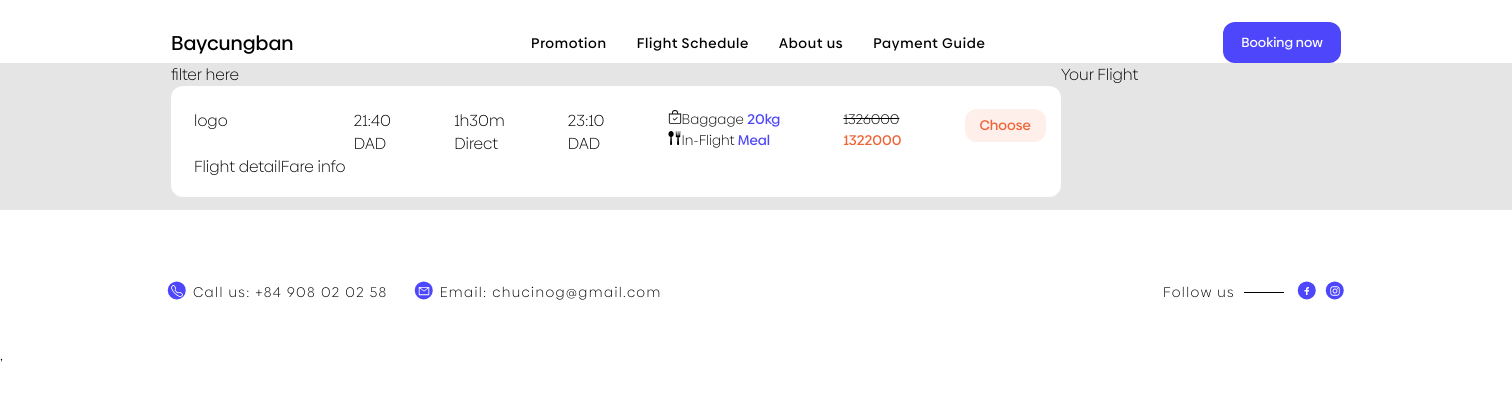
Repository: pinocoding/my-flying
Page: /list (app in my-flying/)
These files come from the project's save history. The page is drawn as it stood at one moment and after the next save; the edit follows.
The browser window is 1280 px wide. The page is 1512 px wide, so the pictures cover 1512 px, including what lies to the right of the window. The pictures show the whole page.
The project was rebuilt for these pictures with package versions that can differ from the ones it lists, and the page was loaded fresh each time. Also part of the build but not shown: my-flying/src/components/InDecreaBtn/InDecreaBtn.js, my-flying/src/components/TravelBooking/TravelBooking.css, my-flying/src/components/TravelBooking/TravelBooking.js, my-flying/src/components/home/Home.css, my-flying/src/components/home/Home.js. Imported but missing from the stored project, and not drawn on this page: my-flying/src/reportWebVitals.

Above is the page before, as saved 2022-09-09 17:21:38.

### my-flying/src/index.js
import React from "react";
import ReactDOM from "react-dom/client";
import "./index.css";
import App from "./App";
import reportWebVitals from "./reportWebVitals";
import "./font/SVN-Biennale/Biennale-Bold.otf";
const root = ReactDOM.createRoot(document.getElementById("root"));
root.render(
  <React.StrictMode>
    <App />
  </React.StrictMode>
);

// If you want to start measuring performance in your app, pass a function
// to log results (for example: reportWebVitals(console.log))
// or send to an analytics endpoint. Learn more: https://bit.ly/CRA-vitals
reportWebVitals();

### my-flying/src/index.css
@font-face {
  font-family: "SVN-Biennale";
  src: local("SVN-Biennale"),
    url("./font/SVN-Biennale/Biennale-Light.otf") format("opentype");

  font-weight: 400;
}

@font-face {
  font-family: "SVN-Biennale";
  src: local("SVN-Biennale"),
    url("./font/SVN-Biennale/Biennale-Medium.otf") format("opentype");

  font-weight: 600;
}

### my-flying/src/App.js
import React from "react";

import { render } from "react-dom";
import { BrowserRouter, Routes, Route } from "react-router-dom";
import Home from "../src/components/Home/Home";
import List from "./components/List/List";
import "./App.css";
function App() {
  return (
    <div className="App">
      <BrowserRouter>
        <Routes>
          <Route path="/" element={<Home />} />
          <Route path="/list" element={<List />} />
        </Routes>
      </BrowserRouter>
      ,
    </div>
  );
}

export default App;

### my-flying/src/components/List/List.js
import React from "react";
import Header from "../Header/Header";
import Footer from "../Footer/Footer";
import "./List.css";
import FlightInfor from "../FlightsInfor/FlightInfor";
function List() {
  return (
    <div className="list">
      <Header />

      <div className="list-container">
        <div className="list-infor">
          {" "}
          <div className="list-filter">filter here</div>
          <div className="list-row">
            <FlightInfor />
          </div>
        </div>

        <div className="list-userFlight">Your Flight</div>
      </div>
      <Footer />
    </div>
  );
}

export default List;

### my-flying/src/App.css
* {
  box-sizing: border-box;
  margin: 0;
  padding: 0;
  scroll-behavior: smooth;
  font-family: "SVN-Biennale", Courier, monospace;
}
.App {
  width: 1512px;
  margin: 0 auto;
}

### my-flying/src/components/Header/Header.js
import React from "react";
import "./Header.css";

function Header() {
  return (
    <div className="header">
      <div className="header-logo">
        <div className="header-logo-name">Baycungban</div>
        {/* <div>img</div>
        <div>img</div> */}
      </div>

      <ul className="header-nav">
        <li>
          <a href="/#">Promotion</a>
        </li>
        <li>
          <a href="/flight-schedule">Flight Schedule</a>
        </li>
        <li>
          <a href="/#">About us</a>
        </li>
        <li>
          <a href="/#">Payment Guide</a>
        </li>
      </ul>

      <button className="header-booking">Booking now</button>
    </div>
  );
}

export default Header;

### my-flying/src/components/Footer/Footer.js
import React from "react";
import { BsTelephone } from "react-icons/bs";
import { AiOutlineMail, AiOutlineInstagram } from "react-icons/ai";
import { TiSocialFacebook } from "react-icons/ti";
import "./Footer.css";
function Footer() {
  return (
    <div className="footer">
      <ul>
        <li>
          <a href="/#" className="footer-link">
            <BsTelephone className="footer-icon" />
          </a>
          <span>Call us: +84 908 02 02 58</span>
        </li>

        <li>
          <a href="/#" className="footer-link">
            <AiOutlineMail className="footer-icon" />
          </a>
          <span>Email: chucinog@gmail.com</span>
        </li>
      </ul>

      <div>
        <span className="footer-follow">Follow us</span>
        <a href="/#" className="footer-link footer-facebook">
          <TiSocialFacebook className="footer-icon" />
        </a>
        <a href="/#" className="footer-link">
          <AiOutlineInstagram className="footer-icon" />
        </a>
      </div>
    </div>
  );
}

export default Footer;

### my-flying/src/components/List/List.css
.list-container {
  display: flex;

  background-color: #e5e5e5;
  padding: 0 171px 0 171px;
}

.list-row {
  width: 890px;
  height: 124px;
  border-radius: 12px;
}

### my-flying/src/components/FlightsInfor/FlightInfor.js
import React from "react";
import { BsBagCheck } from "react-icons/bs";
import { ImSpoonKnife } from "react-icons/im";
import "./FlightInfor.css";

function FlightInfor({ img, name }) {
  const blueText = {
    color: `rgba(77, 70, 250, 1)`,
    fontFamily: `SVN-Biennale`,
    fontStyle: `normal`,
    fontWeight: `600`,
    fontSize: `14px`,
    lineHeight: `21px`,
  };
  return (
    <div className="flight-container">
      <ul className="flight-list">
        <li>logo</li>
        <li className="flight-name">{name}</li>
        <li className="flight-time">
          <p>21:40</p>
          <p>DAD</p>
        </li>

        <li className="flight-direc">
          <p>1h30m</p>
          <p></p>
          <p>Direct</p>
        </li>
        <li className="flight-time">
          <p>23:10</p>
          <p>DAD</p>
        </li>

        <li className="flight-meal">
          <p>
            <BsBagCheck />
            Baggage <span style={blueText}>20kg</span>
          </p>
          <p>
            <ImSpoonKnife />
            In-Flight <span style={blueText}>Meal</span>
          </p>
        </li>

        <li className="flight-price">
          <p className="flight-old">1326000</p>
          <p className="flight-new">1322000</p>
        </li>
        <li className="flight-choose">
          <button>Choose</button>
        </li>
      </ul>

      <ul>
        <li>Flight detail</li>
        <li>Fare info</li>
      </ul>
    </div>
  );
}

export default FlightInfor;

### my-flying/src/components/Header/Header.css
.header {
  display: flex;
  justify-content: space-between;
  text-align: center;
  padding: 22px 171px 0 171px;
}
.header-logo {
  display: flex;
}
.header-logo-name {
  font-weight: 600;
  font-size: 20px;
  align-items: center;
  display: flex;
}
.header-nav {
  display: flex;
  list-style: none;
  justify-content: space-between;
  gap: 0 30px;
  align-items: center;
}
.header-nav li a {
  color: rgba(0, 0, 0, 1);
  text-decoration: none;
  font-family: "SVN-Biennale";
  font-style: normal;
  font-weight: 600;
  font-size: 14px;
  line-height: 21px;

  text-align: center;
  letter-spacing: 0.05em;
}
.header-booking {
  background-color: rgba(77, 70, 250, 1);
  color: white;
  height: 41px;
  width: 118px;
  left: 1223px;
  top: 38px;
  border-radius: 12px;
  padding: 10px 16px 10px 16px;
  border: none;
  cursor: pointer;
  font-weight: 600;
}

### my-flying/src/components/Footer/Footer.css
.footer {
  display: flex;
  justify-content: space-between;
  text-align: center;
  width: 100%;
  padding: 70px 171px 40px 171px;
}
.footer ul {
  list-style: none;
  display: flex;
  gap: 0 30px;
}
.footer-link {
  position: relative;
}
.footer-icon {
  color: white;
  font-size: 12px;
}

.footer-link:after {
  content: "";
  position: absolute;
  top: 0;
  left: 0;
  width: 18px;
  height: 18px;
  border-radius: 50%;
  transform: translate(-18%, 8%);
  background-color: #4d46fa;

  z-index: -1;
}
.footer ul li span {
  padding-left: 10px;
  font-family: "SVN-Biennale";
  font-style: normal;
  font-weight: 400;
  font-size: 14px;
  line-height: 21px;
  /* identical to box height */

  letter-spacing: 0.1em;

  color: #000000;
}
.footer-follow {
  width: 72px;
  height: 21px;
  font-family: "SVN-Biennale";
  font-style: normal;
  font-weight: 400;
  font-size: 14px;
  line-height: 21px;
  /* identical to box height */

  letter-spacing: 0.1em;

  color: #000000;

  position: relative;
  margin-right: 50px;
}

.footer-follow:after {
  content: "";
  position: absolute;
  top: 50%;
  right: 0;
  width: 40px;
  height: 1px;
  left: 81px;
  background-color: black;

  z-index: -1;
}
.footer-facebook {
  margin: 0 16px 0 16px;
}

### my-flying/src/components/FlightsInfor/FlightInfor.css
.flight-container {
  width: 100%;
  background: #ffffff;
  border-radius: 12px;
  padding: 23px 15px 19px 23px;
}

.flight-container .flight-list {
  list-style: none;
  display: flex;
  justify-content: space-between;
}

.flight-meal p {
  font-family: "SVN-Biennale";
  font-style: normal;
  font-weight: 400;
  font-size: 14px;
  line-height: 21px;
}

.flight-container ul {
  list-style: none;
  display: flex;
}
.flight-old {
  font-family: "SVN-Biennale";
  font-style: normal;
  font-weight: 400;
  font-size: 14px;
  line-height: 21px;
  color: rgba(0, 0, 0, 1);
  /* identical to box height */

  text-decoration-line: line-through;
}

.flight-new {
  font-family: "SVN-Biennale";
  font-style: normal;
  font-weight: 600;
  font-size: 14px;
  line-height: 21px;

  color: #f06336;
}
.flight-choose button {
  padding: 6px 15px;
  border: none;
  color: #f06336;
  font-family: "SVN-Biennale";
  font-style: normal;
  font-weight: 600;
  font-size: 14px;
  line-height: 21px;
  background: rgba(240, 99, 54, 0.1);
  border-radius: 12px;
}

After the next save:
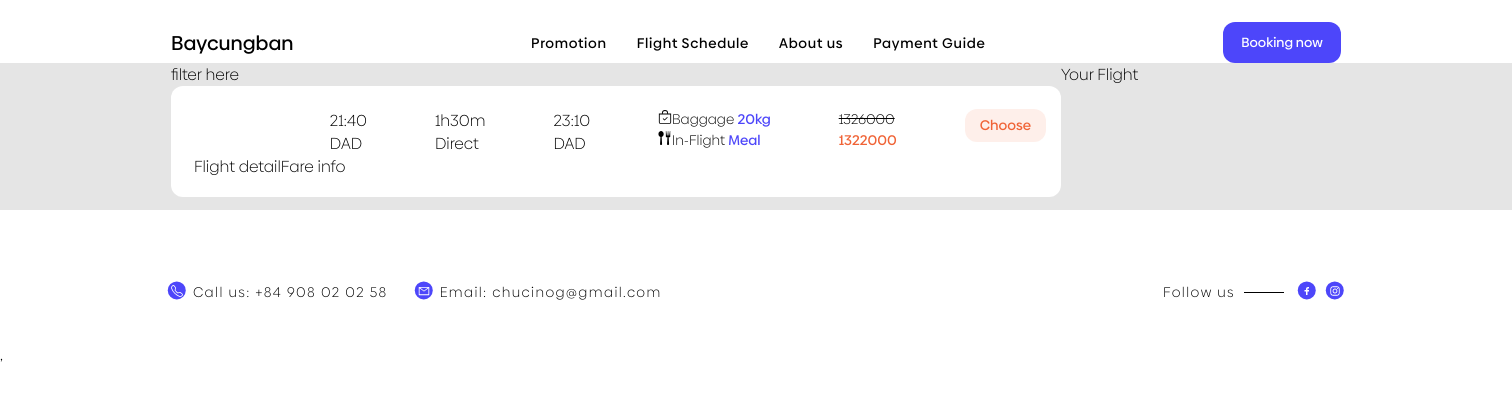
Saved 4 s later.
--- a/my-flying/src/components/FlightsInfor/FlightInfor.js
+++ b/my-flying/src/components/FlightsInfor/FlightInfor.js
@@ -15,7 +15,7 @@ function FlightInfor({ img, name }) {
   return (
     <div className="flight-container">
       <ul className="flight-list">
-        <li>logo</li>
+        <li>{img}</li>
         <li className="flight-name">{name}</li>
         <li className="flight-time">
           <p>21:40</p>
